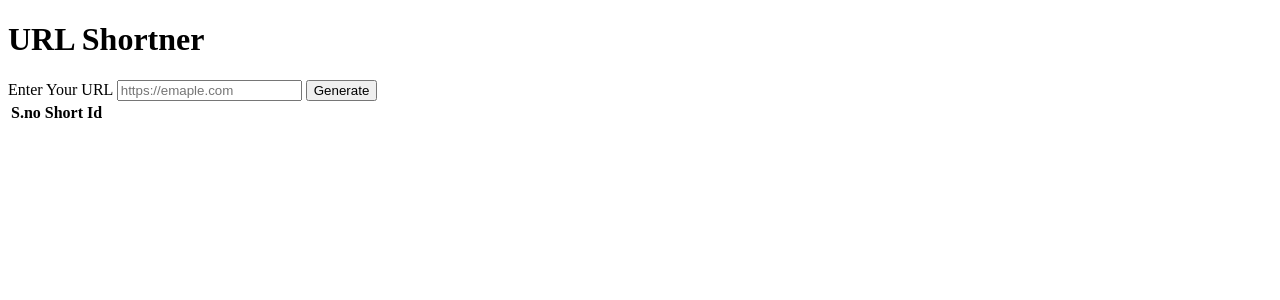
Repository: Mohitkumar1322/URL-Shortner
Page: http://localhost/test
The author's editor kept a copy of each file at every save. The page is drawn from the files as they stood at one save, then again after a run of saves.
The browser window is 1280 px wide. The pictures show the whole page.
The page is served by the project's Node server (index.js). Other server files are loaded and not shown. Queries for data that is not in the repository find no rows.

Above is the page before, as saved 2024-07-14 21:21:21.

### views/home.ejs
<!DOCTYPE html>
<html lang="en">
<head>
    <style>
        body{
            font-family: 'Segoe UI', Tahoma, Geneva, Verdana, sans-serif,

        }
    </style>
    <meta charset="UTF-8">
    <meta name="viewport" content="width=device-width, initial-scale=1.0">
    <title>Document</title>
</head>
<body>

    <h1>
       URL Shortner
    </h1>
    <% if(locals.id){ %>
        <p>URL Generated : http://localhost:8001/url/<%= id %></p>
    <% } %>


    <div>
        <form method ="POST" action ="/url">
            <label>
                Enter Your URL
            </label>
            <input type="text"name="url" placeholder="https://emaple.com"/>
            <button type="submit">Generate</button>
        </form>
    </div>
    <div>
        <% if (locals.urls) { %>
            <table>
                <thead>
                    <th>
                        S.no
                    </th>
                    <th>
                        Short Id
                    </th>
                    <th></th>

                </thead>
            </table>

        <% } %>
    </div>


</body>
</html>

### index.js
const express = require('express');
const path = require('path');

const { connectToMongoDB } = require('./connect');
const urlRoute = require('./routes/url');
const { connect } = require('mongoose');
const URL = require('./models/url');
const staticRouter = require('./routes/staticRouter');
const app = express();
const PORT = 8001;

connectToMongoDB('mongodb+srv://mohitkum1352:15364164@urlshortner.xh4pdly.mongodb.net/')
.then(() => console.log('Connected to MongoDB'))
.catch((err) => console.error(err));

app.set("view engine", "ejs");
app.set('views', path.resolve("views"));


app.use(express.json());
app.use(express.urlencoded({extended: false}));

app.use("/",staticRouter);



app.get("/test",async(req,res)=>{
    const allUrls = await URL.find({});
    return res.render('home',{
        urls: allUrls,
    });



});
app.use("/url", urlRoute);



app.get('/:shortId', async (req, res) => {
    const shortId = req.params.shortId;
    const entry = await URL.findOneAndUpdate({
        shortId
    },{$push: {
        visitHistory: {timestamp: Date.now()}
    }});
    res.redirect(entry.redirectURL);

    });


app.listen(PORT, () => console.log(`Server is running on port ${PORT}`));

### connect.js
const mongoose = require('mongoose');
mongoose.set('strictQuery', true);

async function connectToMongoDB(url) {
    return mongoose.connect(url);
}

module.exports = {
    connectToMongoDB,
};

After the next 3 saves:
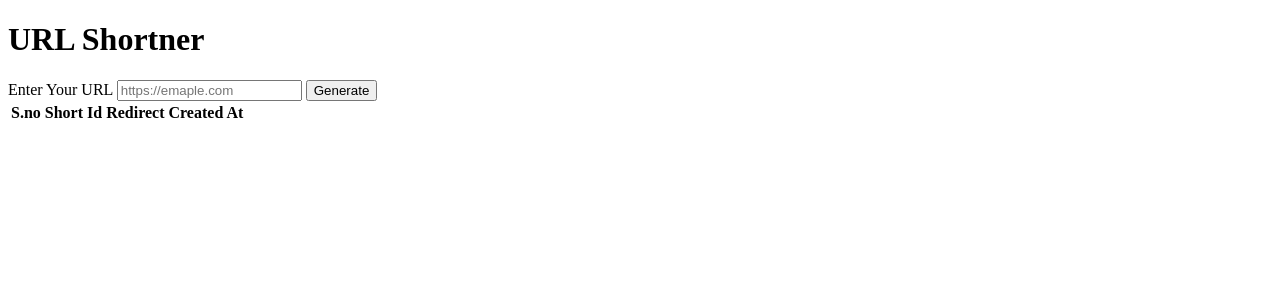
The 3 saves are shown as one change because they came seconds apart.
The last was saved 8 s later.
--- a/views/home.ejs
+++ b/views/home.ejs
@@ -40,7 +40,8 @@
                     <th>
                         Short Id
                     </th>
-                    <th></th>
+                    <th> Redirect</th>
+                    <th>Created At</th>
 
                 </thead>
             </table>
